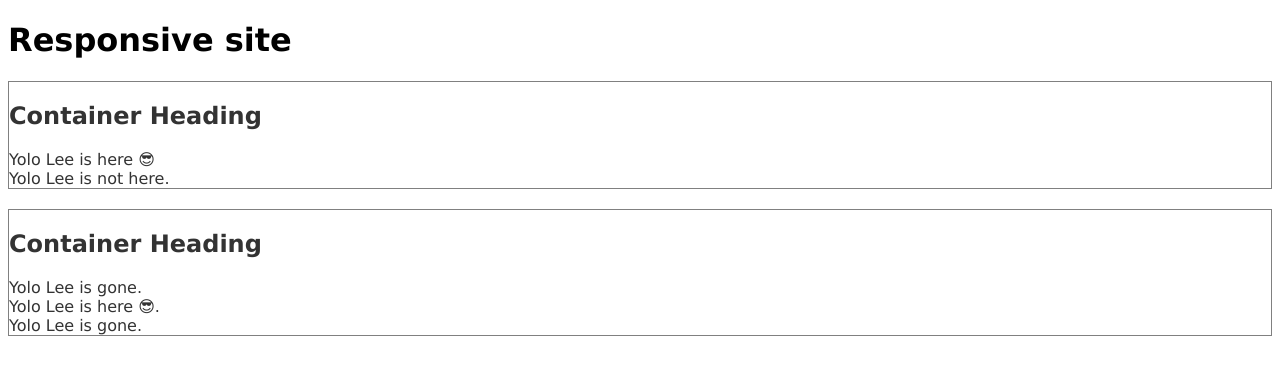
Repository: HyunJunggggg/MDIA2109
Page: inclass/week6/index.html
These files come from the project's save history. The page is drawn as it stood at one moment and after the next save; the edit follows.
The browser window is 1280 px wide. The pictures show the whole page.

Above is the page before, as saved 2025-02-13 14:33:32.

After the next save:
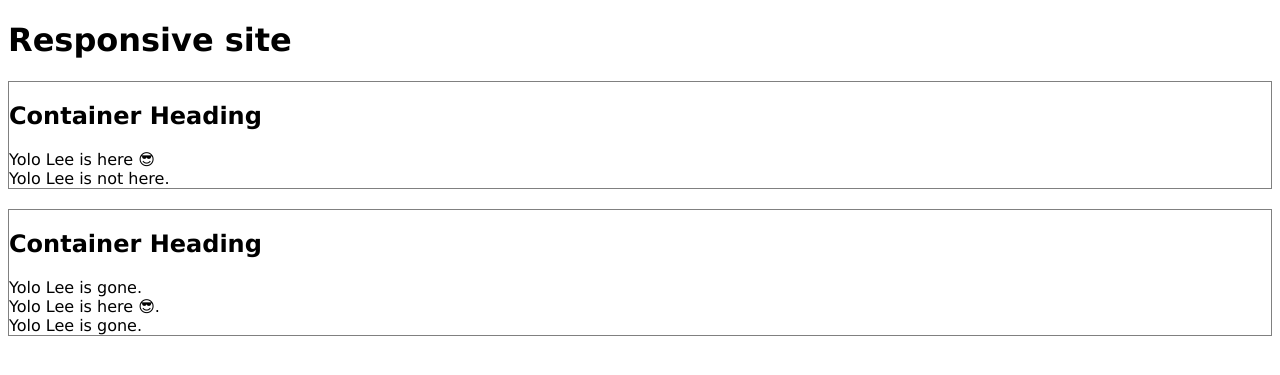
Saved 3 s later.
--- a/inclass/week6/css/style.css
+++ b/inclass/week6/css/style.css
@@ -4,7 +4,7 @@
 
 .container{
   border: 1px solid grey;
-
+  border
   color: #333;
   margin-bottom: 20px;
 

After the save that followed:
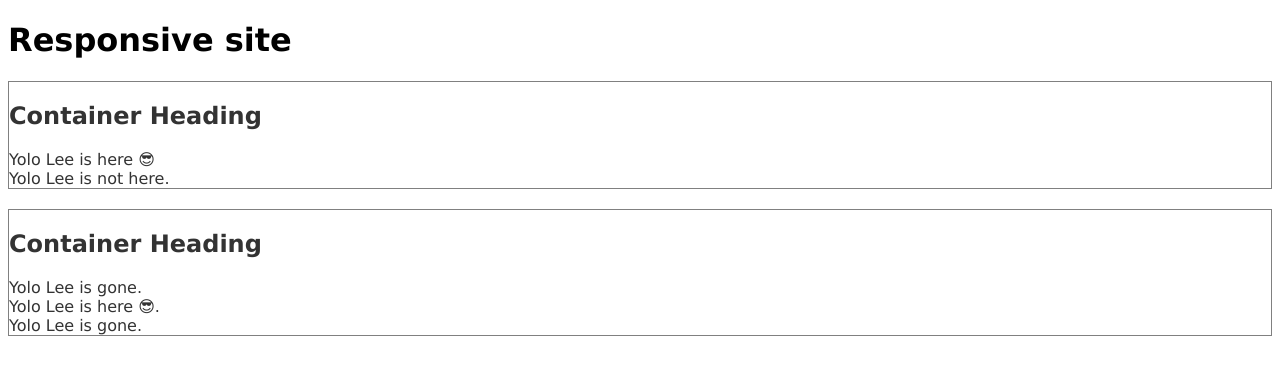
Saved 4 s later.
--- a/inclass/week6/css/style.css
+++ b/inclass/week6/css/style.css
@@ -4,7 +4,7 @@
 
 .container{
   border: 1px solid grey;
-  border
+  border-radius: ;
   color: #333;
   margin-bottom: 20px;
 
